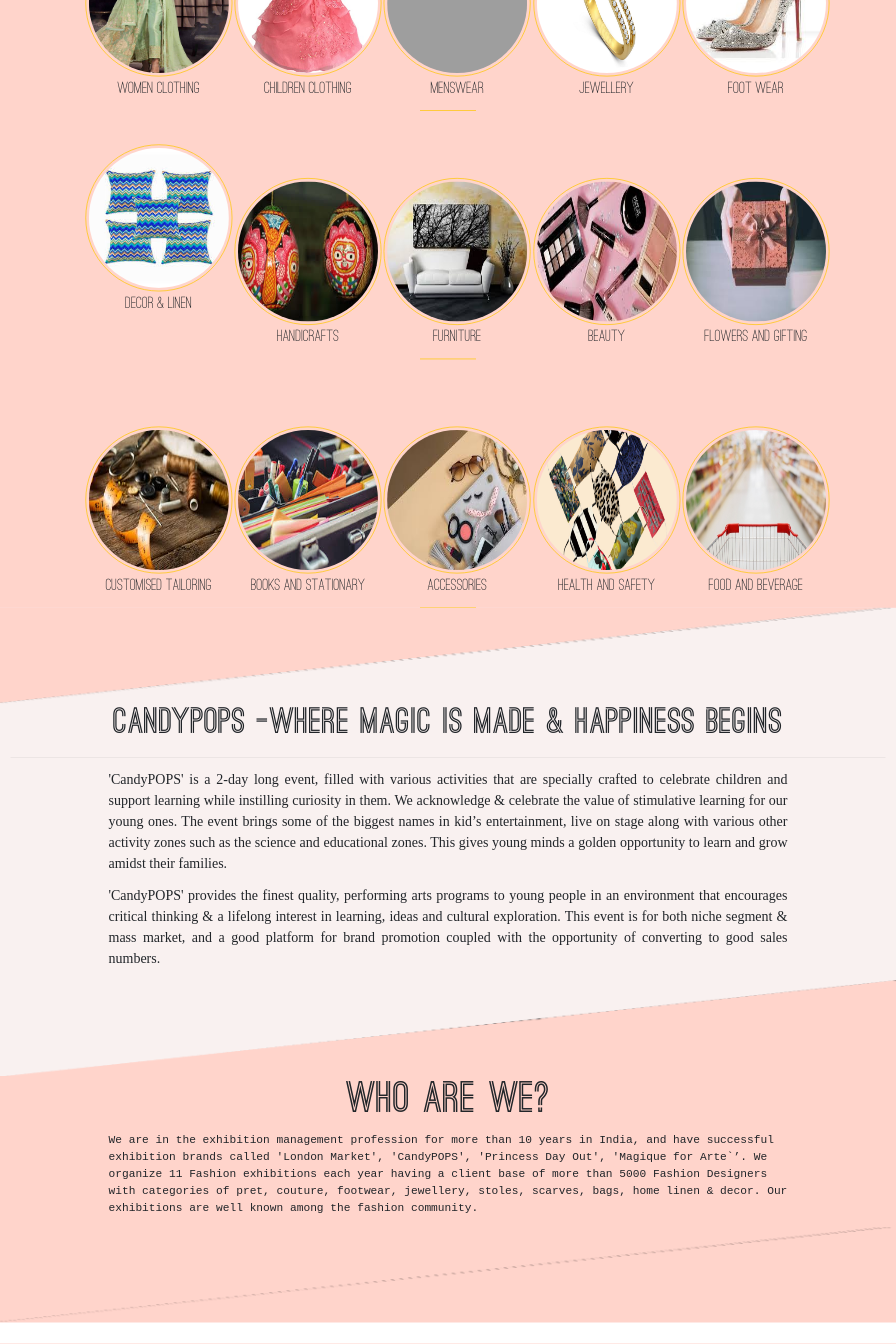
Repository: Demonster1999/newshoperrepo
Page: index.html
The author's editor kept a copy of each file at every save. The page is drawn from the files as they stood at one save, then again after the next save.
The browser window is 1280 px wide. The pictures show the part of the page from y = 1765 to 3685 px (the page is 3685 px tall before and 3549 px after), at 70% of full size.
Pictures or frames that could not be fetched are drawn as grey boxes. Some web libraries are served in a nearby version.

Above is the page before, as saved 2020-07-21 16:06:41.
Console error: TypeError: Cannot read properties of null (reading 'getContext')

### index.html
<!DOCTYPE html>
<head>
	<meta charset="UTF-8">
	<title>London Market</title>
	<meta name="keywords" content="" />
	<meta name="description" content="" />
    <meta name="viewport" content="width=device-width, initial-scale=1.0">
    <!--
    	Roller Template
		http://www.london-market.com/preview/london-market_424_roller
	-->
	<link rel="stylesheet" href="https://fonts.googleapis.com/css2?family=Great+Vibes">
	<link href="http://fonts.googleapis.com/css?family=Open+Sans:300,400,700" rel="stylesheet" type="text/css">
	<!-- <link href="css/font-awesome.min.css" rel="stylesheet">FontAwesome Icons -->
	<link rel="stylesheet" href="https://cdnjs.cloudflare.com/ajax/libs/font-awesome/5.14.0/css/all.min.css"
		integrity="sha512-1PKOgIY59xJ8Co8+NE6FZ+LOAZKjy+KY8iq0G4B3CyeY6wYHN3yt9PW0XpSriVlkMXe40PTKnXrLnZ9+fkDaog=="
		crossorigin="anonymous" />
	<link rel="stylesheet" href="https://maxcdn.bootstrapcdn.com/bootstrap/4.0.0/css/bootstrap.min.css" integrity="sha384-Gn5384xqQ1aoWXA+058RXPxPg6fy4IWvTNh0E263XmFcJlSAwiGgFAW/dAiS6JXm" crossorigin="anonymous">
	<link rel="stylesheet" href="fonts/ostrich-sans.css">
	<link href="css/LondonMarket.css" rel="stylesheet" type="text/css">
	<link rel="stylesheet" href="css/into-to-app.css">
	<link rel="stylesheet" href="css/navbar.css">
	<link rel="stylesheet" href="css/carousel.css">

</head>
<body>
	<nav class="navbar custom-nav sticky-top p-0 m-0 ">
		<a class="navbar-brand mx-auto text-white" style="font-family: Great Vibes; font-size: 40px;" href="#">London Market</a>

	  </nav>

	<nav class="navbar third-nav navbar-expand-lg navbar-light bg-light">
		<div class="container">
			<button class="navbar-toggler navbar-toggler-icon" type="button" data-toggle="collapse" data-target="#navbarSupportedChontent"
			aria-controls="navbarSupportedContent" aria-expanded="false" aria-label="Toggle navigation">
			<span class=""></span>
		</button>


		<div class="collapse navbar-collapse" id="navbarSupportedContent">
			<ul class="navbar-nav  mr-auto text-center">

				<li class="nav-item">
					<a class=" " href="#">Register</a>
				</li>
				<li class="nav-item ">
					<a class="" href="#">login</a>
				</li>


		</div>
		<div class="  mr-auto ">
			<!-- social icons  -->
			<button class="fab fa-facebook-f"></button>
			<button class="fab fa-twitter"></button>
			<button class="fab fa-linkedin-in"></button>
			<button class="fab fa-instagram"></button>
			<button class="fab fa-youtube"></button>
		</div>
		</div>

	</nav>


	<!-- nav with dots  -->
	<nav class="nav">
        <ul>
            <li class="dot1 active" id="ec1" data-toggle="tooltip" data-placement="left" title="Tooltip on left"></li>
            <li class="dot2" id="ec2" data-toggle="tooltip" data-placement="left" title="Tooltip on left"></li>
            <li class="dot3" id="ec3"  data-toggle="tooltip" data-placement="left" title="Tooltip on left"></li>
			<li class="dot4" id="ec4"  data-toggle="tooltip" data-placement="left" title="Tooltip on left"></li>
			<li class="dot5" id="ec5"  data-toggle="tooltip" data-placement="left" title="Tooltip on left"></li>
			<li class="dot5" id="ec5"  data-toggle="tooltip" data-placement="left" title="Tooltip on left"></li>
        </ul>
    </nav>

		<section class="" id="home">
			<div id="demo" class="carousel slide" data-ride="carousel">
				<ul class="carousel-indicators">
					<li data-target="#demo" data-slide-to="0" class="active"></li>
					<li data-target="#demo" data-slide-to="1"></li>
					<li data-target="#demo" data-slide-to="2"></li>
					<!-- <li data-target="#demo" data-slide-to="3"></li> -->
				</ul>
				<div class="carousel-inner">
					<div class="carousel-item active">
						<img src="images/carousel/carousel1.jpg" alt="Los Angeles"   >
						<div class="carousel-caption">
							<h3>Los Angeles</h3>
							<p>We had such a great time in LA!</p>
						</div>
					</div>
					<div class="carousel-item">
						<img src="images/carousel/carousel4.jpg" alt="Chicago"  >
						<div class="carousel-caption">
							<h3>Chicago</h3>
							<p>Thank you, Chicago!</p>
						</div>
					</div>
					<div class="carousel-item">
						<img src="images/carousel/cp11.jpg" alt="Chicago" >
						<div class="carousel-caption">
							<h3>Chicago</h3>
							<p>Thank you, Chicago!</p>
						</div>
					</div>
					<!-- <div class="carousel-item">
						<img src="images/images/lmimages/Adobe_20200716_143015.png" alt="Chicago">
						<div class="carousel-caption">
							<h3>Chicago</h3>
							<p>Thank you, Chicago!</p>
						</div>
					</div> -->
					<!-- <div class="carousel-item">
						<img src="images/carousel/carousel3.jpg" alt="New York" class=" w-100" style="height: 300px; max-height: 500px;">
						<div class="carousel-caption">
							<h3>New York</h3>
							<p>We love the Big Apple!</p>
						</div>
					</div> -->
				</div>
				<a class="carousel-control-prev" href="#demo" data-slide="prev">
					<span class="carousel-control-prev-icon"></span>
				</a>
				<a class="carousel-control-next" href="#demo" data-slide="next">
					<span class="carousel-control-next-icon"></span>
				</a>
			</div>
		</section>

<section class=" intro-to-app container-fluid">
	<img src="images/tm-border-black-top.png" class="w-100 img-top" alt="">
	<div class="container-fluid text-center ">

		<img src="images/images/lmimages/lm.png" class="p-0 m-0" width=200px height="200px" alt="" >
		<h1 class="mx-auto  "> Get Shop-a-holic</h1>

		<hr>


		<div class="container ">
			<p class="lead text-justify">After a period of more than 10 successful years in exhibition management with a strong focus on the fashion and
			lifestyle industry, One Management International proudly brings to you yet another feather in its cap, ‘The London
			Market App’.
			The app is based on the simple concept of ‘Affordable Luxury’, where we strive to present creative and beautiful
			products from sellers across the world, through an intelligent and user-friendly app. We believe in the power of
			expressing oneself, as we aspire to showcase products and brands that stand apart. With our wide array of products
			ranging from clothing and accessories to home décor and furniture, we have something unique for everyone.
</p>
               <div class="row">
<div class="col-md-6 p-2 text-center">
	<a href="https://play.google.com/store/apps/details?id=com.prpwebs.londonmarket" class="h1"> <img src="images/logos/play store.png" class=" " width="160px" height="160px" alt="play">
		<center> Android</center>
	</a>
</div>
<div class="col-md-6 text-center">
	<a href="" class="h1"> <img src="images/logos/hiclipart.com.png" class=" " width="160px" height="160px" alt="app">
		<center>ios</center>
	</a>

</div>
			   </div>

		</div>
	</div>
	<img src="images/tm-border-black-bottom.png" class="w-100 imgbottom" alt="">
</section>


<section class="tm-dark-bg tm-section" id="portfolio">
			<div class="container-fluid">

<h1 style="font-weight: bold; font-size: 60px;" class="text-center"> The App Offers  </h1>
<div class="  row text-center mt-5 ">
	<div class="col-md-1"></div>
	<div class="col-md-2 text-center mt-5  ">
		<div class="tm-img-circle-border mx-auto ">
			<img src="images/category/display category/Women clothing.jpg" alt="Testimonial 1" class="img-circle tm-img-testimonial">
			<h4 class=" mt-2 "> Women clothing </h4>
		</div>
	</div>
	<div class="col-md-2 text-center mt-5 ">
		<div class="tm-img-circle-border mx-auto ">
			<img src="images/category/display category/children.jpg" alt="Testimonial 2" class="img-circle tm-img-testimonial">
			<h4 class=" mt-2 "> Children clothing</h4>
		</div>
	</div>
	<div class="col-md-2 text-center mt-5 ">
		<div class="tm-img-circle-border mx-auto ">
			<img src="images/category/display category/umens.jpeg" alt="Testimonial 3" class="img-circle tm-img-testimonial">
			<h4 class=" mt-2 "> Menswear </h4>
		</div>

	</div>
	<div class="col-md-2 text-center mt-5 ">
		<div class="tm-img-circle-border mx-auto ">
			<img src="images/category/display category/Jewellery.jpg" alt="Testimonial 4" class="img-circle tm-img-testimonial">
			<h4 class=" mt-2 "> Jewellery</h4>
		</div>
	</div>
	<div class="col-md-2 text-center mt-5 ">
		<div class="tm-img-circle-border mx-auto ">
			<img src="images/category/display category/Footwear.jpg" alt="Testimonial 5" class="img-circle tm-img-testimonial">
			<h4 class=" mt-2 "> foot wear </h4>
		</div>
	</div>
	<div class="col-md-1"></div>
</div>
<hr class="tm-author-name-underline mt-5">
<div class="  row text-center mt-5 ">
	<div class="col-md-1"></div>
	<div class="col-md-2 text-center mt54 ">
		<div class="tm-img-circle-border mx-auto ">
			<img src="images/category/display category/Decor & Linen.jpg" alt="Testimonial 1" class="img-circle tm-img-testimonial">
			<h4 class=" mt-2 "> Decor & Linen </h4>
		</div>
	</div>
	<div class="col-md-2 text-center mt-5 ">
		<div class="tm-img-circle-border mx-auto ">
			<img src="images/category/display category/Handicrafts.jpg" alt="Testimonial 2" class="img-circle tm-img-testimonial">
			<h4 class=" mt-2 "> Handicrafts </h4>
		</div>
	</div>
	<div class="col-md-2 text-center mt-5 ">
		<div class="tm-img-circle-border mx-auto  ">
			<img src="images/category/display category/Furniture.jpg" alt="Testimonial 3" class="img-circle tm-img-testimonial">
			<h4 class=" mt-2 "> Furniture</h4>
		</div>

	</div>
	<div class="col-md-2 text-center mt-5 ">
		<div class="tm-img-circle-border mx-auto ">
			<img src="images/category/display category/Beauty.jpg" alt="Testimonial 4" class="img-circle tm-img-testimonial">
			<h4 class=" mt-2 "> Beauty </h4>
		</div>
	</div>
	<div class="col-md-2 text-center mt-5 ">
		<div class="tm-img-circle-border mx-auto ">
			<img src="images/category/display category/Flowers & Gifting.jpg" alt="Testimonial 5" class="img-circle tm-img-testimonial">
			<h4 class=" mt-2 "> Flowers and Gifting </h4>
		</div>
	</div>
</div>
<hr class="tm-author-name-underline mt-5">
<div class="  row text-center mt-5 ">
	<div class="col-md-1"></div>
	<div class="col-md-2 text-center mt-5 ">
		<div class="tm-img-circle-border mx-auto ">
			<img src="images/category/display category/Customised Tailoring.jpg" alt="Testimonial 1" class="img-circle tm-img-testimonial">
			<h4 class=" mt-2 "> Customised Tailoring</h4>
		</div>
	</div>
	<div class="col-md-2 text-center mt-5 ">
		<div class="tm-img-circle-border mx-auto ">
			<img src="images/category/display category/books and stationary.jpg" alt="Testimonial 2" class="img-circle tm-img-testimonial">
			<h4 class=" mt-2 "> books and Stationary </h4>
		</div>
	</div>
	<div class="col-md-2 text-center mt-5 ">
		<div class="tm-img-circle-border mx-auto  ">
			<img src="images/category/display category/Accessories.jpg" alt="Testimonial 3" class="img-circle tm-img-testimonial">
			<h4 class=" mt-2 "> Accessories </h4>
		</div>

	</div>
	<div class="col-md-2 text-center mt-5 ">
		<div class="tm-img-circle-border mx-auto ">
			<img src="images/category/display category/health & safety.jpg" alt="Testimonial 4" class="img-circle tm-img-testimonial">
			<h4 class=" mt-2 "> Health and Safety </h4>
		</div>
	</div>
	<div class="col-md-2 text-center mt-5 ">
		<div class="tm-img-circle-border mx-auto ">
			<img src="images/category/display category/f&b.jpg" alt="Testimonial 5" class="img-circle tm-img-testimonial">
			<h4 class=" mt-2 "> Food and beverage </h4>
		</div>
	</div>
	<div class="col-md-1"></div>
</div>
<hr class="tm-author-name-underline mt-5">

					</div>
		</section> <!-- portfolio -->

<section class=" intro-to-app container-fluid">
	<img src="images/tm-border-black-top.png" class="w-100 img-top" alt="">
	<div class="container-fluid text-center ">

		<!-- <img src="images/images/lmimages/lm.png" class="p-0 m-0" width=200px height="200px" alt=""> -->
		<h1 class="mx-auto  "> CandyPOPS -Where Magic is made & Happiness begins </h1>

		<hr>


		<div class="container ">
			<p class="lead text-justify">'CandyPOPS' is a 2-day long event, filled with various activities that are specially crafted to celebrate children and
			support learning while instilling curiosity in them. We acknowledge & celebrate the value of stimulative learning for
			our young ones.
			The event brings some of the biggest names in kid’s entertainment, live on stage along with various other activity zones
			such as the science and educational zones. This gives young minds a golden opportunity to learn and grow amidst their
			families.
			</p>
			<p class="lead text-justify">'CandyPOPS' provides the finest quality, performing arts programs to young people in an environment that encourages
			critical thinking & a lifelong interest in learning, ideas and cultural exploration.
			This event is for both niche segment & mass market, and a good platform for brand promotion coupled with the opportunity
			of converting to good sales numbers.
			</p>



		</div>
	</div>
	<img src="images/tm-border-black-bottom.png" class="w-100 imgbottom" alt="">
</section>

<section class="tm-dark-bg tm-section" id="portfolio">
	<div class="container-fluid">

		<h1 style="font-weight: bold; font-size: 60px;" class="text-center"> Who are we? </h1>
		<div class="container">
<p style="font-family: 'Courier New', Courier, monospace;" class="mt-2">
	We are in the exhibition management profession for more than 10 years in India, and have successful exhibition
	brands
	called 'London Market', 'CandyPOPS', 'Princess Day Out', 'Magique for Arte`’. We organize 11 Fashion exhibitions
	each
	year having a client base of more than 5000 Fashion Designers with categories of pret, couture, footwear, jewellery,
	stoles, scarves, bags, home linen & decor. Our exhibitions are well known among the fashion community.
</p>

		</div>

	</div>

</section> <!-- portfolio -->
<!--
<section class="tm-section tm-orange-bg" id="contact" >
			<div class="container">
				<h1 class="text-uppercase text-center">Contact Us</h1>
				<p class="text-center margin-top-50">Phasellus sed rutrum quam. Aenean mollis nec metus quis fringilla. Aliquam interdum risus quis sem rhoncus, vel iaculis lorem pulvinar. Maecenas in lorem non quam bibendum auctor vel lobortis sem.</p>
				<div class="row margin-top-50">
					<div class="col-lg-6 col-md-6 col-sm-6 col-xs-12">
						<div id="map-canvas"></div>
					</div>
					<div class="col-lg-6 col-md-6 col-sm-6 col-xs-12">
						<form action="#" method="post" class="tm-contact-form">
							<div class="form-group">
								<input type="text" id="contact_name" class="form-control" placeholder="NAME..." />
							</div>
							<div class="form-group">
								<input type="text" id="contact_email" class="form-control" placeholder="EMAIL..." />
							</div>
							<div class="form-group">
								<input type="text" id="contact_subject" class="form-control" placeholder="SUBJECT..." />
							</div>
							<div class="form-group">
								<textarea id="contact_message" class="form-control" rows="8" placeholder="WRITE A MESSAGE..."></textarea>
							</div>
							<button type="submit" class="btn text-uppercase tm-dark-bg tm-orange-text tm-send-btn">Send</button>
						</form>
					</div>
				</div>
			</div>
			<img src="images/tm-border-black-bottom.png" alt="Border" class="tm-border">
		</section> <!-- contact -->
	<img src="images/tm-border-black-top.png" alt="Border" class="tm-border">
	<footer class="text-right  bg-white">



	</footer>
	<script src="js/jquery-1.11.1.min.js" ></script>
	<!-- <script src="https://code.jquery.com/jquery-3.5.1.min.js"
		integrity="sha256-9/aliU8dGd2tb6OSsuzixeV4y/faTqgFtohetphbbj0=" crossorigin="anonymous"></script> -->
		<script src="https://cdnjs.cloudflare.com/ajax/libs/font-awesome/5.14.0/js/all.min.js"
			integrity="sha512-YSdqvJoZr83hj76AIVdOcvLWYMWzy6sJyIMic2aQz5kh2bPTd9dzY3NtdeEAzPp/PhgZqr4aJObB3ym/vsItMg=="
			crossorigin="anonymous"></script>
<script src="https://cdnjs.cloudflare.com/ajax/libs/popper.js/1.12.9/umd/popper.min.js" integrity="sha384-ApNbgh9B+Y1QKtv3Rn7W3mgPxhU9K/ScQsAP7hUibX39j7fakFPskvXusvfa0b4Q" crossorigin="anonymous"></script>
<script src="https://maxcdn.bootstrapcdn.com/bootstrap/4.0.0/js/bootstrap.min.js" integrity="sha384-JZR6Spejh4U02d8jOt6vLEHfe/JQGiRRSQQxSfFWpi1MquVdAyjUar5+76PVCmYl" crossorigin="anonymous"></script>
	<script src="js/LondonMarket.js"></script>
	<script src="js/scrollnav.js"></script>
</body>
</html>

### css/into-to-app.css
.intro-to-app{

    padding: 0;
    background-color:#F9F1F0;

}
.intro-to-app img{
    display: inline;
}
.intro-to-app h1{
    font-family: ostrich sans ;
    font-weight: bold;
    display: inline;
    font-size: 50px;

}
.intro-to-app p{
    font-family: hevletica;

}
.imgbottom{
    width: 200%;
    margin: 0;

    position: relative;

}

.img-top{
    margin: 0;
    position: relative;



}

### css/navbar.css
.custom-nav {
    background-color: #e2725b;

}
.custom-nav {
    color: #fff;
    font-size: 25px;

}

/* thirdnav  */
.third-nav a{
    color: black;
    font-family: 'Lucida Sans', 'Lucida Sans Regular', 'Lucida Grande', 'Lucida Sans Unicode', Geneva, Verdana, sans-serif;
    font-weight: bold;
    color: #e2725b;
}
.third-nav ul li{
    margin-left: 10%;
    margin-right: 10%;
}
.third-nav .fa-facebook-f,.fa-twitter,.fa-linkedin-in,.fa-instagram,.fa-youtube{
 margin-left: 5px;
  margin-right: 5px;
    color:#e2725b;

}

/* thirdnav end  */

.nav {
    position: fixed;
    top: 45%;
    bottom: 30%;
    right: 0;
	width: 60px;
	z-index: 50;
}

.nav ul {
	list-style: none;
}


.nav li {
    width: 10px;
	height: 10px;
	margin: 10px;
    border-radius: 100%;
    background-color: rosybrown;
    cursor: pointer;
    transition: .5s;
}

.dot1 {
    background-color: rgb(82, 43, 43);
}

.dot2 {
    background-color: rgb(24, 73, 44);
}

.dot3 {
    background-color: rgb(73, 58, 204);
}

.dot4 {
    background-color: rgb(58, 70, 31);
}

.active {
    box-shadow: 0 0 0 3px #fffffff1, 0 0 0 6px #000;
}

### css/carousel.css
#home .carousel-inner img {
    min-width: 100%;
    min-height: 320px;
    max-height: 500px;
    max-resolution: 0;
  }


  #home .carousel-inner .carousel-caption{
    position: absolute;
    font-size: 30px;
    background-color: rgba(0,0, 0, 0.3);
    width: 100%;
    margin: 0;
    left: 0;
    right: 0;
    height: 100%;
    top: 5px;

  }

    #home .carousel-inner .carousel-caption h3{
      position: relative;
      top: 40%;
      font-family:fantasy;

      font-size: 40px;
    }
    #home .carousel-inner .carousel-caption p{
      position: relative;
      top: 42%;
      font-family: Cambria, Cochin, Georgia, Times, 'Times New Roman', serif;

    }
    .carousel-control-prev,.carousel-control-next{
      z-index: 50;
    }

Loaded but not shown: fonts/ostrich-sans.css (common file); js/jquery-1.11.1.min.js (library); js/LondonMarket.js (359 lines, source omitted); js/scrollnav.js (48 lines, source omitted); css/LondonMarket.css (434 lines, source omitted)

After the next save:
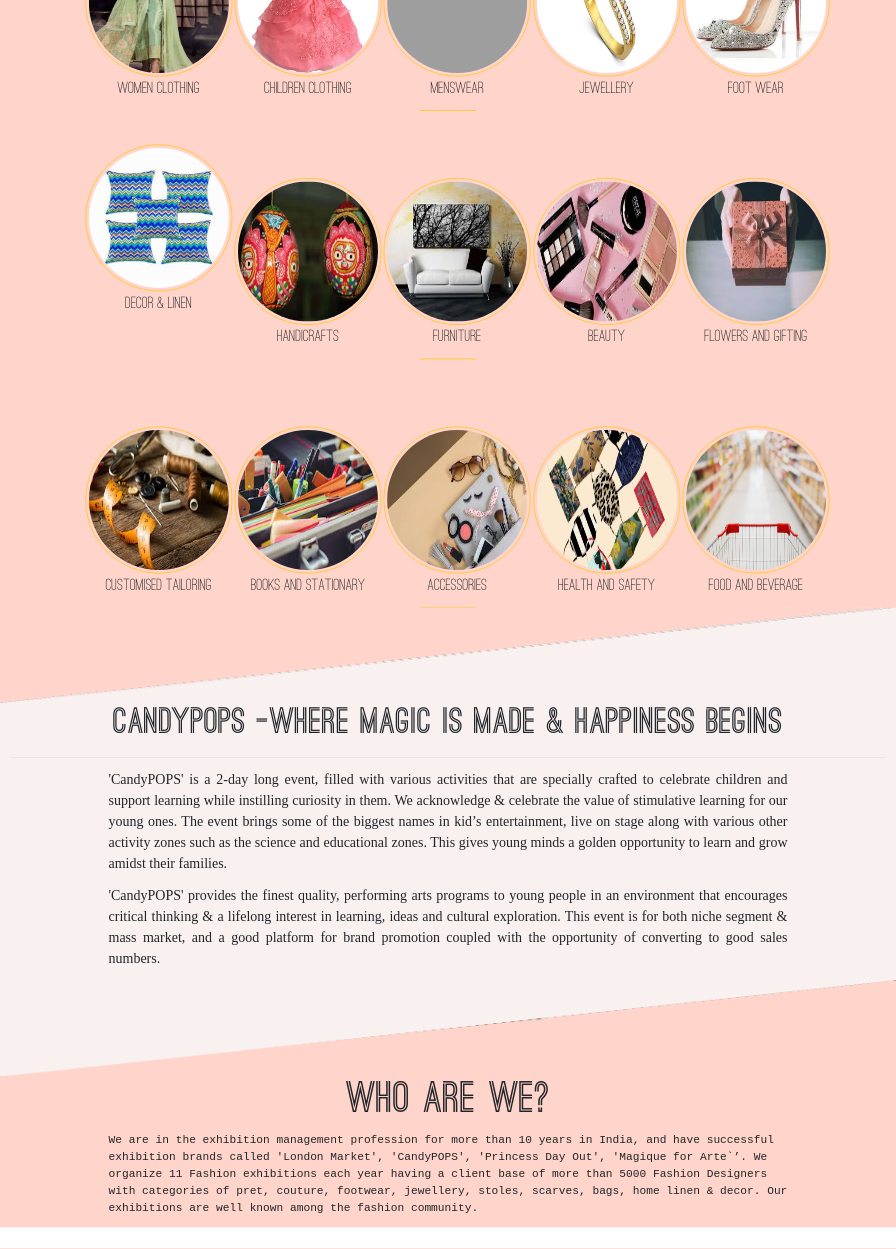
Saved 80 s later.
--- a/index.html
+++ b/index.html
@@ -362,7 +362,7 @@
 			</div>
 			<img src="images/tm-border-black-bottom.png" alt="Border" class="tm-border">
 		</section> <!-- contact -->
-	<img src="images/tm-border-black-top.png" alt="Border" class="tm-border">
+	<!-- <img src="images/tm-border-black-top.png" alt="Border" class="tm-border"> -->
 	<footer class="text-right  bg-white">
 
 

After the save that followed:
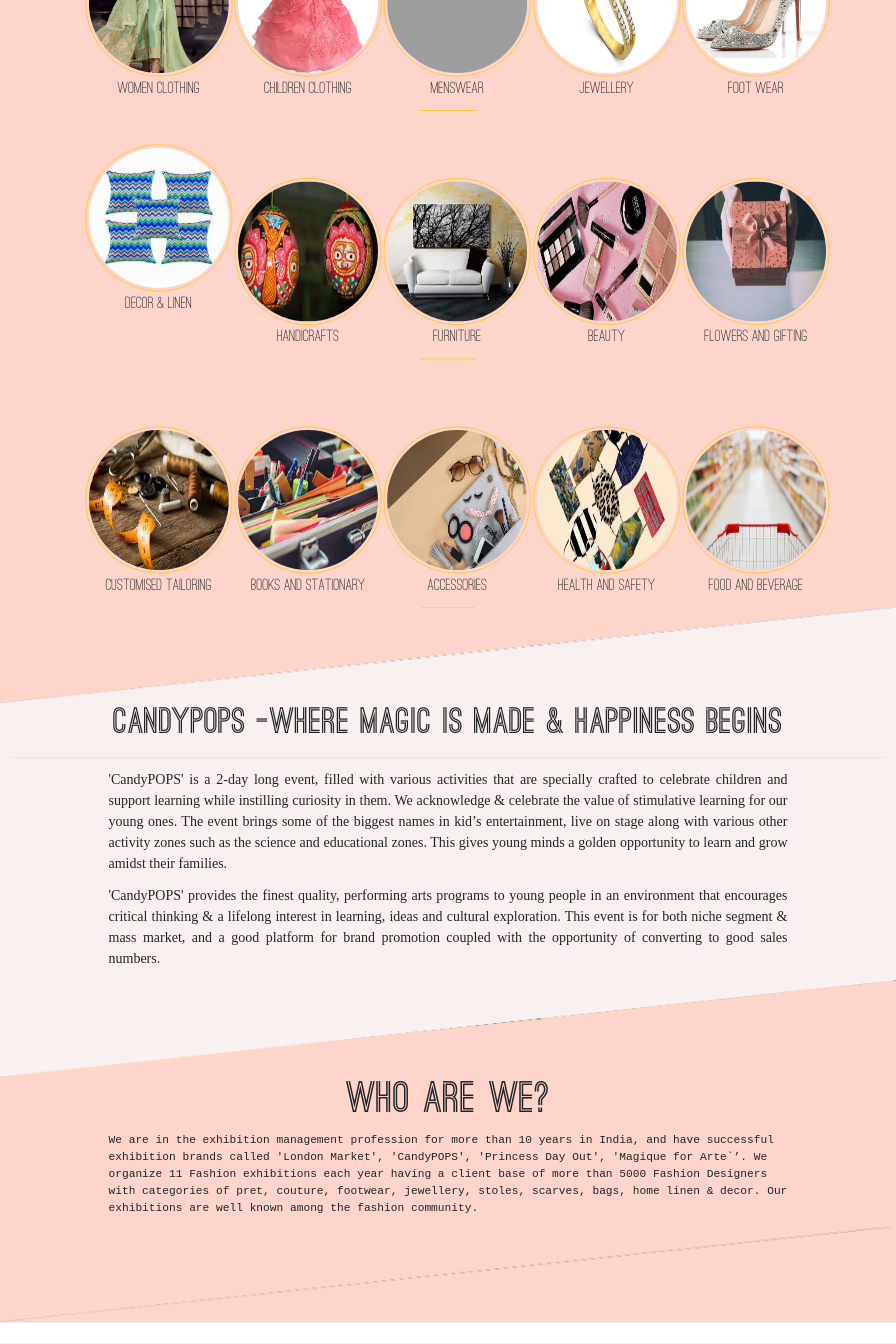
Saved 8 s later.
--- a/index.html
+++ b/index.html
@@ -362,7 +362,7 @@
 			</div>
 			<img src="images/tm-border-black-bottom.png" alt="Border" class="tm-border">
 		</section> <!-- contact -->
-	<!-- <img src="images/tm-border-black-top.png" alt="Border" class="tm-border"> -->
+	<img src="images/tm-border-black-top.png" alt="Border" class="tm-border">
 	<footer class="text-right  bg-white">
 
 
